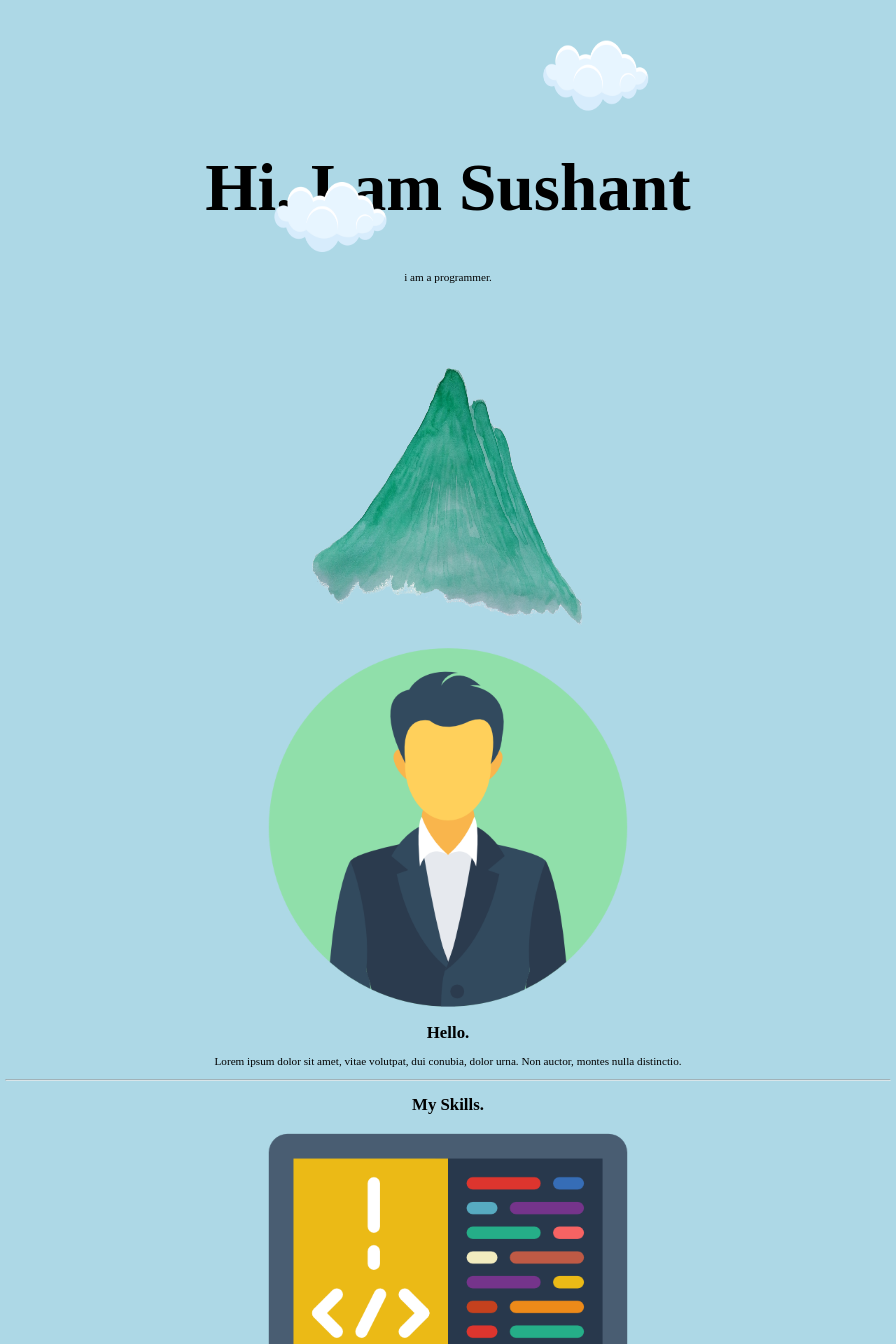
Repository: Sushant203/myPersonalSite
Page: index.html
These files come from the project's save history. The page is drawn as it stood at one moment and after a run of saves; the edit follows.
The browser window is 1280 px wide. The pictures show the part of the page from y = 0 to 1920 px (the page is 3060 px tall before and 3039 px after), at 70% of full size.

Above is the page before, as saved 2022-12-09 19:09:58.

### index.html
<!DOCTYPE html>
<html lang="en">

<head>
    <meta charset="UTF-8">
    <meta http-equiv="X-UA-Compatible" content="IE=edge">
    <meta name="viewport" content="width=device-width, initial-scale=1.0">
    <title>Document</title>
    <link rel="stylesheet" href="\css\style.css">
    <link rel="favicon" href="favicon.ico">
</head>

<body>
    <div class="container">
        <div>
            <img class="top-cloud" src="cloud.png" alt="upper-cloud">
        </div>
        <div class="header-text">
            <h1>Hi, I am Sushant</h1>
            <p>i am a programmer.</p>
        </div>
        <div>
            <img class="bottom-cloud" src="cloud.png" alt="lower cloud">
            <img class="mountain-image" src="mountain-1.png" alt="mountain img">
        </div>
        <!-- middle and end parts -->
        <div class="middle-container">
            <!-- profile section -->
            <div class="profile">
              <img src="profile.png" alt="profile picture">
              <h2>Hello.</h2>
              <p>Lorem ipsum dolor sit amet, vitae volutpat, dui conubia, dolor urna. Non auctor, montes nulla distinctio.</p>
            </div>
            <hr>
            <!-- skill section -->
            <div class="skills">
              <h2>My Skills.</h2>
              <div class="skill-row">
                <img class="" src="skill1.png" alt="coding">
                <h3>Frontend Programmer</h3>
                <p>Lorem ipsum dolor sit amet, quis in duis, iaculis id felis. Consectetuer vestibulum, nunc urna lectus, erat ligula. Hendrerit nam, lectus ante, ut lorem eros.</p>
              </div>
              <div class="skill-row">
                <img class="" src="skill2.png" alt="programmer">
                <h3>Web Designer</h3>
                <p>Lorem ipsum dolor sit amet, mauris sed consectetuer. Etiam et eu, bibendum interdum, lacus quis mauris. Curabitur wisi, quisque vel eu, rutrum nam.</p>
              </div>
            </div>
            <hr>
            <!-- contact section -->
            <div class="contact-me">
              <h2>Get In Touch</h2>
              <h3>Lorem ipsum dolor sit amet, non elit.</h3>
              <p>Lorem ipsum dolor sit amet, in quis, aenean amet. Phasellus sodales, tellus donec dui, ornare erat.</p>
              <a class="btn" href="mailto:clashofgames229@gmail.com">CONTACT ME</a>
            </div>
          </div>

          <!-- bottom section -->
          <div class="bottom-container">
            <a class="footer-link" href="https://www.facebook.com/">Facebook</a>
            <a class="footer-link" href="https://www.instagram.com/">Instagram</a>
            <a class="footer-link" href="https://www.appbrewery.co/">Website</a>
            <p>© Sushant Shrestha</p>
          </div>

    </div>


</body>

</html>

### css/style.css
body{
    background-color: lightblue;

    }

.container{
    margin:  0;
    position: relative;
    text-align: center;
    padding-top: 70px;

}

.top-cloud{
    height: 100px;
    width: 150px;
    position: absolute;
    top: 7vh;
   left: 60vw;
}

.header-text{
display: inline-block;
/* position: absolute; */
margin: 70px;
}

.header-text h1{
    font-size: 6em;
}

.bottom-cloud{
    height: 100px;
    width: 160px;
    position: absolute;
    top: 35vh;
    left: 30vw;
}

.mountain-image{

    height: 430px;
    width: 400px;
}

After the next 2 saves:
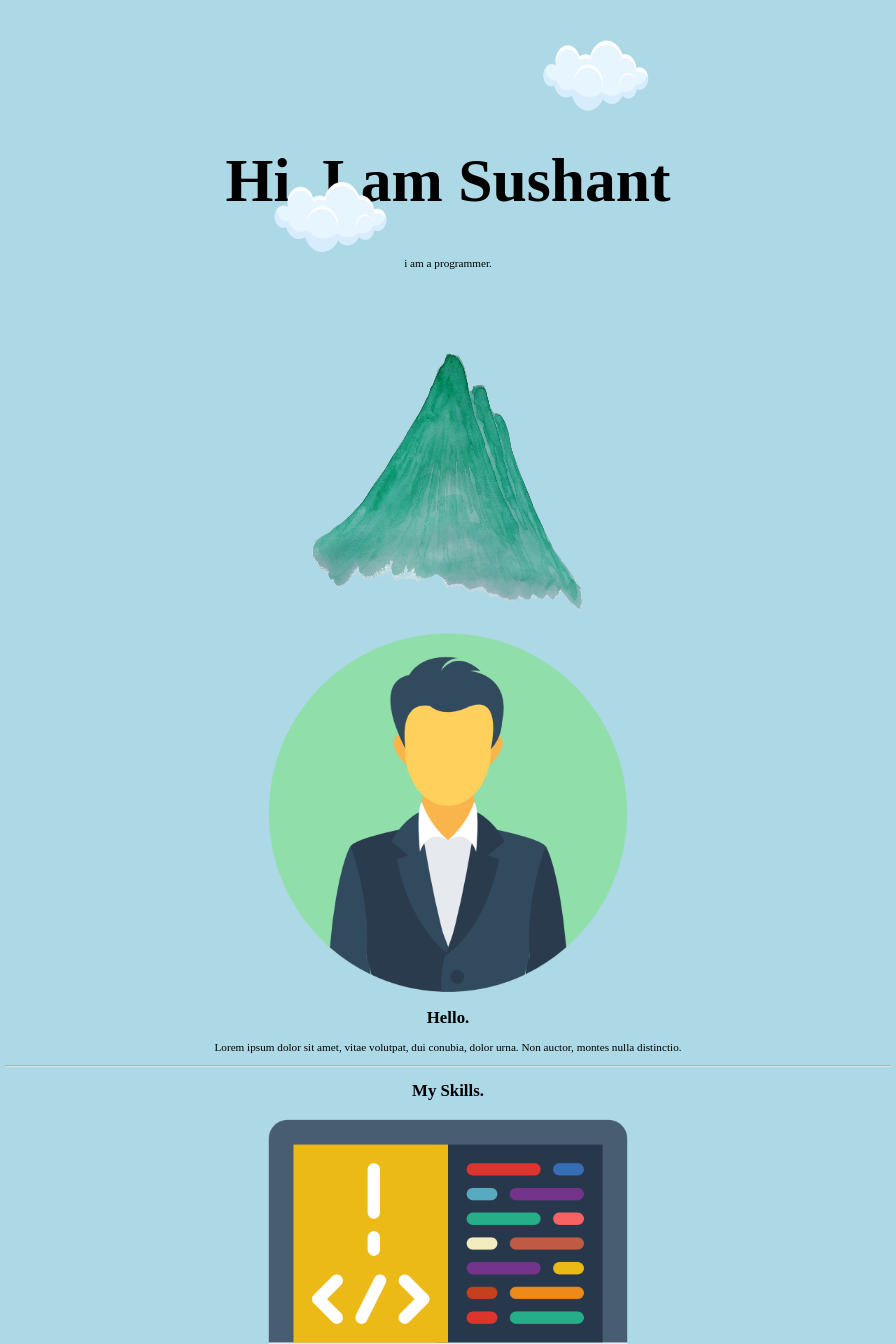
The 2 saves are shown as one change because they came seconds apart.
The last was saved 55 s later.
--- a/css/style.css
+++ b/css/style.css
@@ -26,7 +26,7 @@ margin: 70px;
 }
 
 .header-text h1{
-    font-size: 6em;
+    font-size: 5.5em;
 }
 
 .bottom-cloud{
